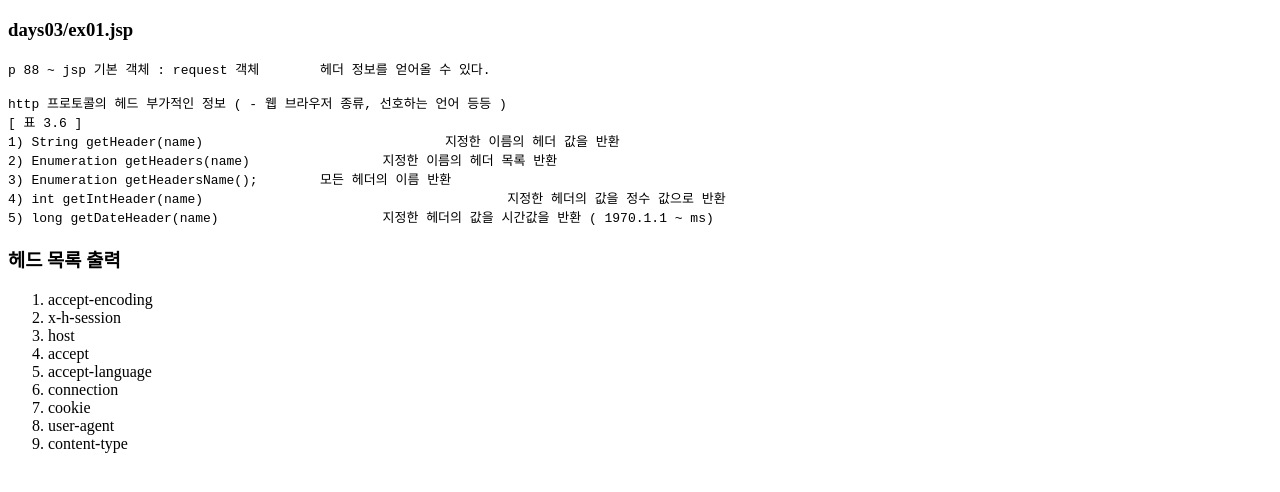
Repository: JavaYoo/kakao-emoticon-web-clone
Page: http://localhost/jspPro/days03/ex01.jsp
These files come from the project's save history. The page is drawn as it stood at one moment and after the next save; the edit follows.
The browser window is 1280 px wide. The pictures show the whole page.
The page is served by Tomcat 9.

Above is the page before, as saved 2022-06-16 00:11:27.

After the next save:
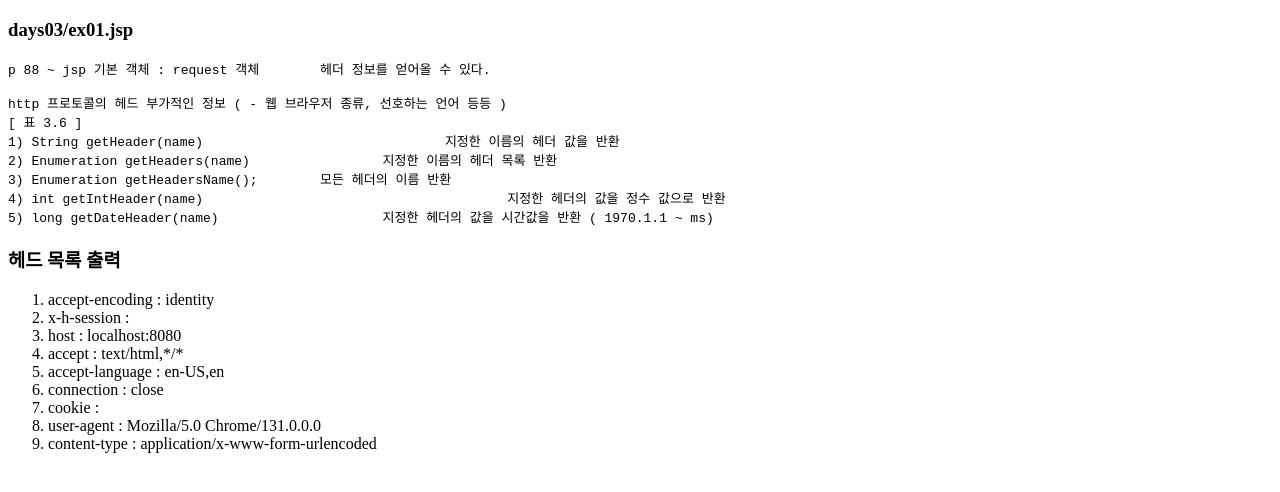
Saved 97 s later.
--- a/jspPro/src/main/webapp/days03/ex01.jsp
+++ b/jspPro/src/main/webapp/days03/ex01.jsp
@@ -34,9 +34,10 @@ http 프로토콜의 헤드 부가적인 정보 ( - 웹 브라우저 종류, 선
 	while( en.hasMoreElements() ){
 		String headerName = en.nextElement();
 		//out.println("<li>" + headerName + "</li>");
+		String headerValue = request.getHeader(headerName);
 
 %>
- <li><%= headerName %></li>
+ <li><%= headerName %> : <%= headerValue %></li>
 <%
 	}// while
 %>
